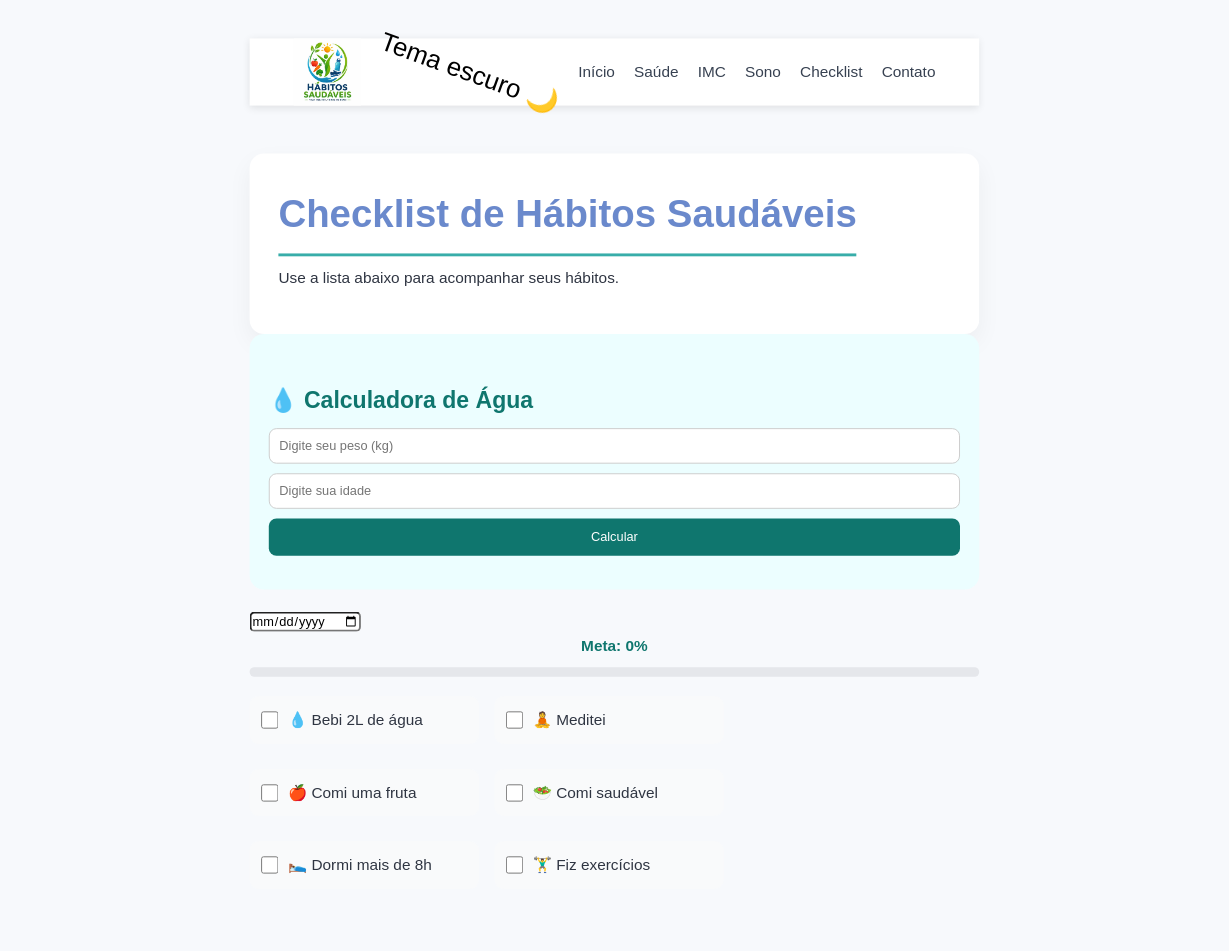
Repository: habitos2026/projetointegrador2026
Page: checklist.html
These files come from the project's save history. The page is drawn as it stood at one moment and after the next save; the edit follows.
The browser window is 1280 px wide. The pictures show the whole page, at 96% of full size.
The pointer rests on the first visible `#btnTema`.

Above is the page before, as saved 2026-06-10 19:37:28.

After the next save:
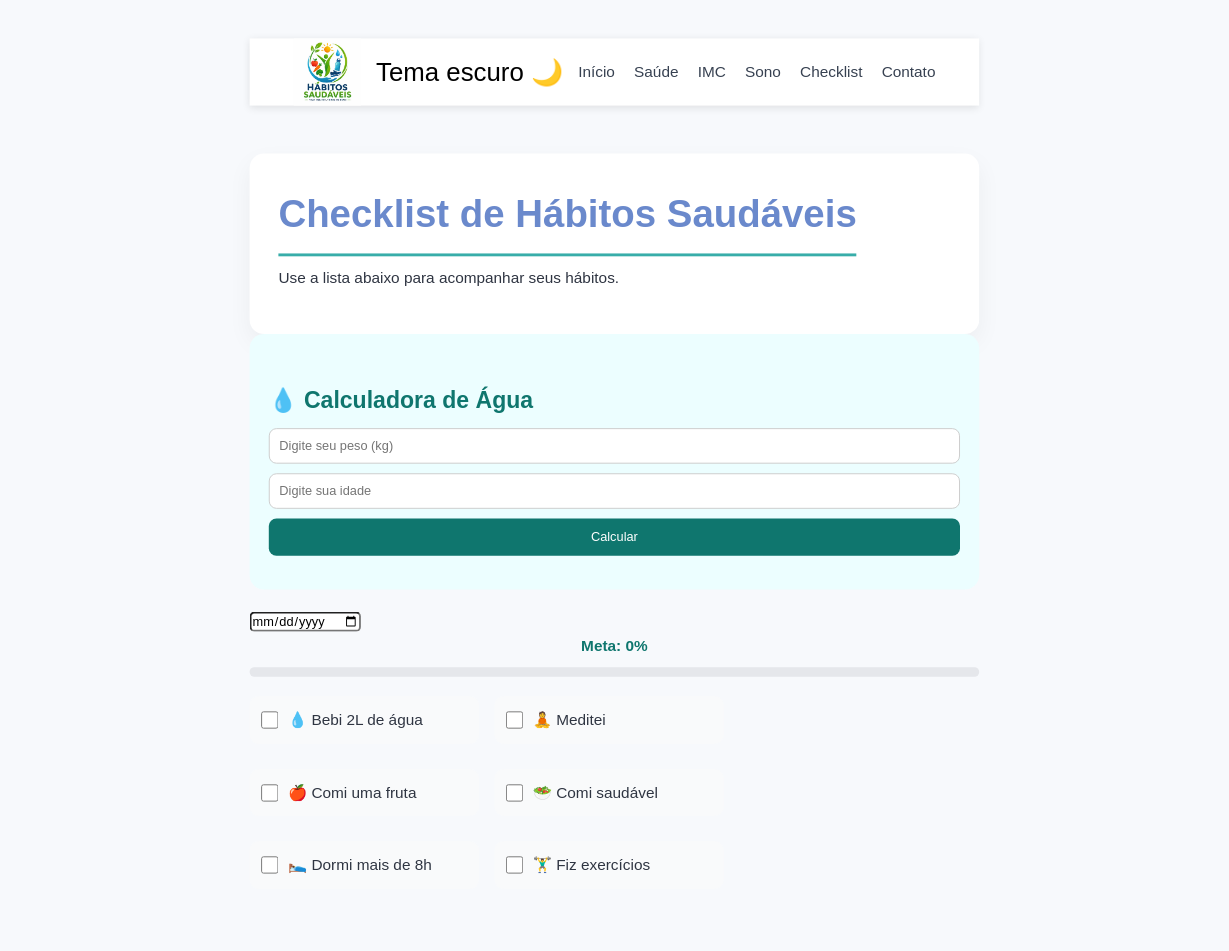
Saved 22 s later.
--- a/estilos.css
+++ b/estilos.css
@@ -403,7 +403,7 @@ body.dark .contato-form textarea {
 }
 
 #btnTema:hover {
-    transform: scale(1.2) rotate(20deg);
+    transform: scale(1.2)
 }
 
 @keyframes clickEffect {
